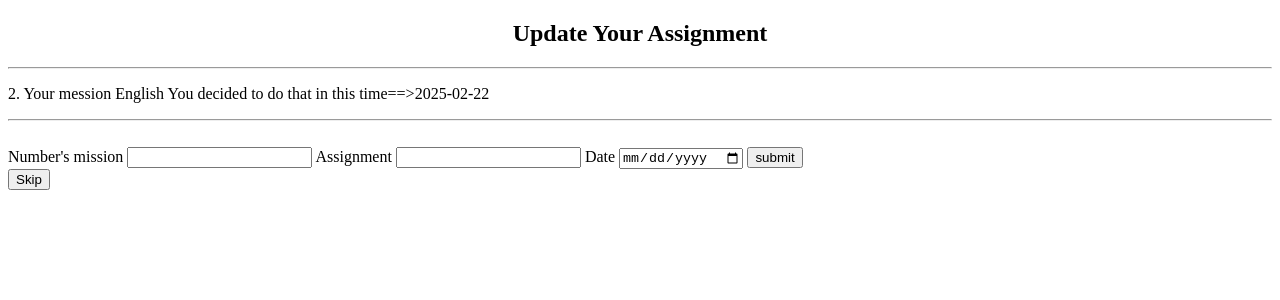
Repository: marawan200311-dev/To-Do-List-
Page: http://localhost/update_page
The author's editor kept a copy of each file at every save. The page is drawn from the files as they stood at one save, then again after the next save.
The browser window is 1280 px wide. The pictures show the whole page.
The page is served by the project's application, run on Flask 3 (app.py). The page reads the database file committed with the project.

Above is the page before, as saved 2025-11-22 06:40:40.
Console error: TypeError: Cannot read properties of null (reading 'addEventListener')

After the next save:
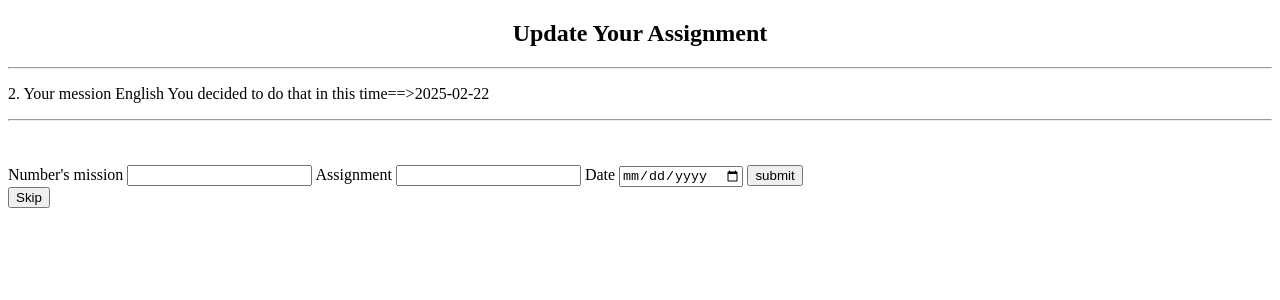
Saved 4 s later.
--- a/templates/update.html
+++ b/templates/update.html
@@ -14,7 +14,7 @@
     <p>You haven't added anything yet to updata :)!</p>
 {% endif %}
 </div>
-<hr><br>
+<hr><br><br>
 <form action="/update_new_assignment" method="POST">
     <label for="ID">Number's mission</label>
     <input type="number" name="id" value="{{id}}">
